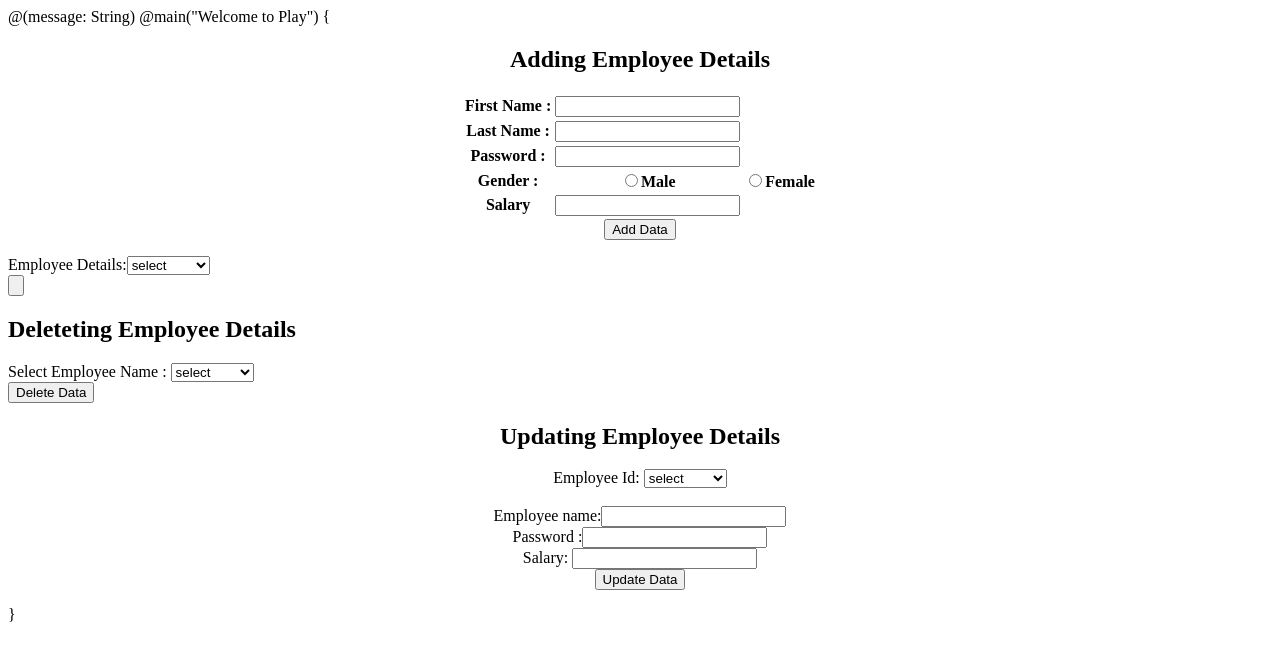
Repository: PoonamDeokar/SalesTool
Page: CrudDemo/app/views/index.scala.html
These files come from the project's save history. The page is drawn as it stood at one moment and after the next save; the edit follows.
The browser window is 1280 px wide. The pictures show the whole page.

Above is the page before, as saved 2016-09-16 09:17:08.

### CrudDemo/app/views/index.scala.html

@(message: String)

@main("Welcome to Play") {


  	<form action ="@routes.HomeController.addEmp()" method="post">

    	<center>
    	<h2>Adding Employee Details </h2>
    	<table>
    	<tr>
    		<th>First Name :</th>
    		<th><input type="text" name="fname"></th>
    	</tr>
    	<tr>
    		<th>Last Name :</th>
    		<th><input type="text" name="lname"></th>
    	</tr>
    	<tr>
    		<th>Password :</th>
    		<th><input type="password" name="pass"></th>
    	</tr>
    	<tr>
    		<th>Gender :</th>
    		<th><input type="radio" name="gen" value="male">Male<br></th>
    		<th><input type="radio" name="gen" value="fmale">Female<br></th>
    	</tr>
    	<tr>
    		<th>Salary</th>
    		<th><input type="text" name="sal"></th>
    	</tr>

    	 </table>
    	 <input type="submit"  value="Add Data"/>
    	</center>
    </form>

    <form action="@routes.HomeController.getEmp()" method="get">
    <right>
    	Employee Details:<select name="eid">
    	<option value="0">select</option>
    	@for(emp<-Employee.find.all()){
    		<option value="@emp.eid">@emp.eid</option>
    	}

    	</select><br/>
    	<input type="submit" value=""GetEmployee Data/>
    </right>
    </form>

    <form action="@routes.HomeController.deleteEmp()" method="get">
    <h2>Deleteting Employee Details</h2>

    Select Employee Name : <select name="eid">
    <option value="0">select</option>
    @for(emp<-Employee.find.all){
    	<option value=@emp.eid>@emp.eid</option>
    }
    </select><br>
    <input type="submit" value="Delete Data"/>

    </form>

    <form action="@routes.HomeController.updateEmp()" method="post">
    <center>
    <h2>Updating Employee Details</h2>
    Employee Id: <select name="eid">
    	<option value="0">select</option>
    	@for(emp<-Employee.find.all){
    		<option value=@emp.eid>@emp.eid</option>
    	}
    </select><br><br>
    Employee name:<input type="text" name="fname"/><br>
    Password :<input type="password" name="pass"/><br>
    Salary: <input type="text" name="sal"/><br>

    <input type="submit" value="Update Data"/>
	</center>

    </form>

}

After the next save:
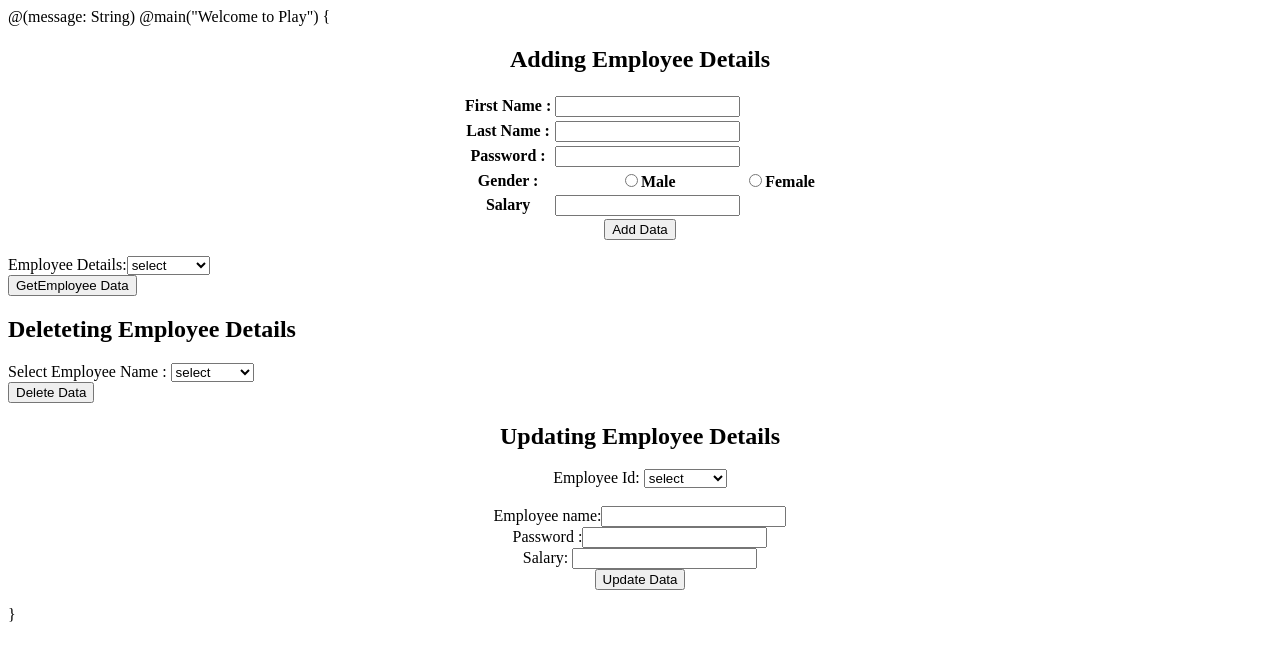
Saved 65 s later.
--- a/CrudDemo/app/views/index.scala.html
+++ b/CrudDemo/app/views/index.scala.html
@@ -45,7 +45,7 @@
     	}
 
     	</select><br/>
-    	<input type="submit" value=""GetEmployee Data/>
+    	<input type="submit" value="GetEmployee Data"/>
     </right>
     </form>
 
